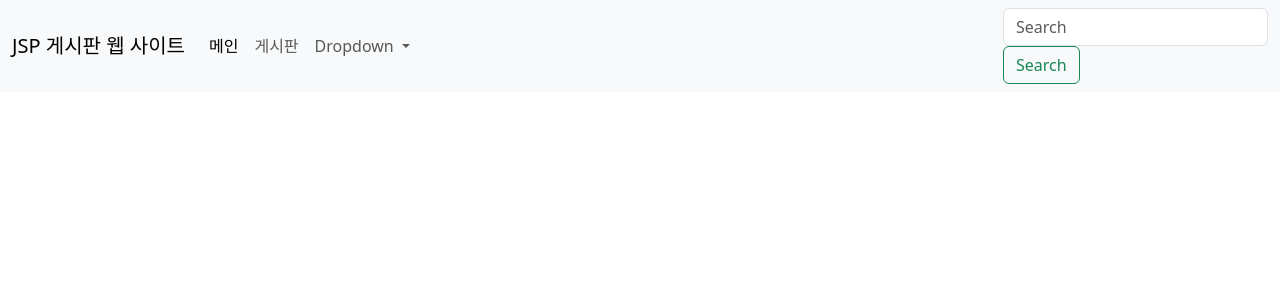
Repository: jeongjimin0/Jeongjimin
Page: http://localhost/WebTest/login.jsp
The author's editor kept a copy of each file at every save. The page is drawn from the files as they stood at one save, then again after the next save.
The browser window is 1280 px wide. The pictures show the whole page.
The page is served by Tomcat 9. Other server files are loaded and not shown.

Above is the page before, as saved 2023-02-27 14:06:12.

### projects/WebTest/src/main/webapp/login.jsp
<%@ page language="java" contentType="text/html; charset=UTF-8"
    pageEncoding="UTF-8"%>
<!DOCTYPE html>
<html>
<head>
<meta charset="UTF-8">
<meta name="viewport" content="width=device-width", initial-scale="1">
<link rel="stylesheet" href="css/bootstrap.css">
<title>JSP 게시판 웹 사이트</title>
</head>
<body>
<nav class="navbar navbar-expand-lg bg-body-tertiary">
  <div class="container-fluid">
    <a class="navbar-brand">JSP 게시판 웹 사이트</a>
    <div class="collapse navbar-collapse" id="navbarSupportedContent">
      <ul class="navbar-nav me-auto mb-2 mb-lg-0">
        <li class="nav-item">
          <a class="nav-link active" aria-current="page" href="#">메인</a>
        </li>
        <li class="nav-item">
          <a class="nav-link" href="#">게시판</a>
        </li>

        <li class="nav-item dropdown">
          <a class="nav-link dropdown-toggle" href="#" role="button" data-bs-toggle="dropdown" aria-expanded="false">
            Dropdown
          </a>
          <ul class="dropdown-menu">
            <li><a class="dropdown-item" href="#">Action</a></li>
            <li><a class="dropdown-item" href="#">Another action</a></li>
            <li><hr class="dropdown-divider"></li>
            <li><a class="dropdown-item" href="#">Something else here</a></li>
          </ul>
        </li>
      </ul>


      <form  role="search">
        <input class="form-control me-2" type="search" placeholder="Search" aria-label="Search">
        <button class="btn btn-outline-success" type="submit">Search</button>
      </form>
    </div>
  </div>
</nav>

<script src="https://cdn.jsdelivr.net/npm/bootstrap@5.3.0-alpha1/dist/js/bootstrap.bundle.min.js" integrity="sha384-w76AqPfDkMBDXo30jS1Sgez6pr3x5MlQ1ZAGC+nuZB+EYdgRZgiwxhTBTkF7CXvN" crossorigin="anonymous"></script>
</body>
</html>

Loaded but not shown: projects/WebTest/src/main/webapp/css/bootstrap.css (library)

After the next save:
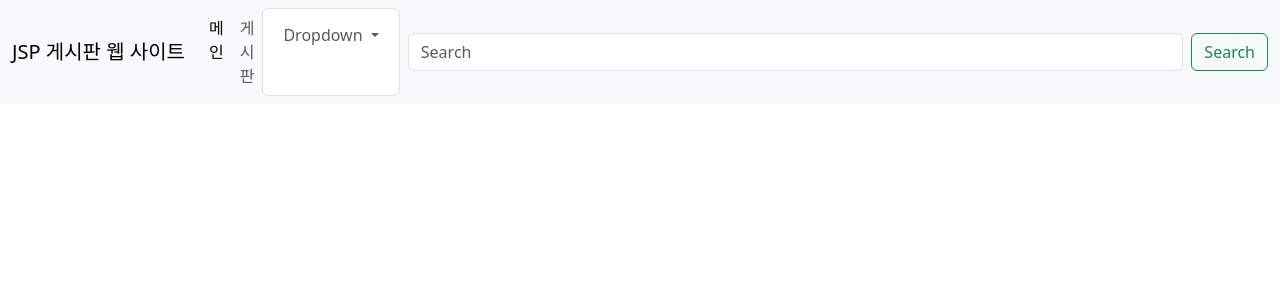
Saved 38 s later.
--- a/projects/WebTest/src/main/webapp/login.jsp
+++ b/projects/WebTest/src/main/webapp/login.jsp
@@ -21,6 +21,7 @@
           <a class="nav-link" href="#">게시판</a>
         </li>
 
+        <div class="form-control me-2">
         <li class="nav-item dropdown">
           <a class="nav-link dropdown-toggle" href="#" role="button" data-bs-toggle="dropdown" aria-expanded="false">
             Dropdown
@@ -33,9 +34,10 @@
           </ul>
         </li>
       </ul>
+      </div>
 
 
-      <form  role="search">
+
         <input class="form-control me-2" type="search" placeholder="Search" aria-label="Search">
         <button class="btn btn-outline-success" type="submit">Search</button>
       </form>
